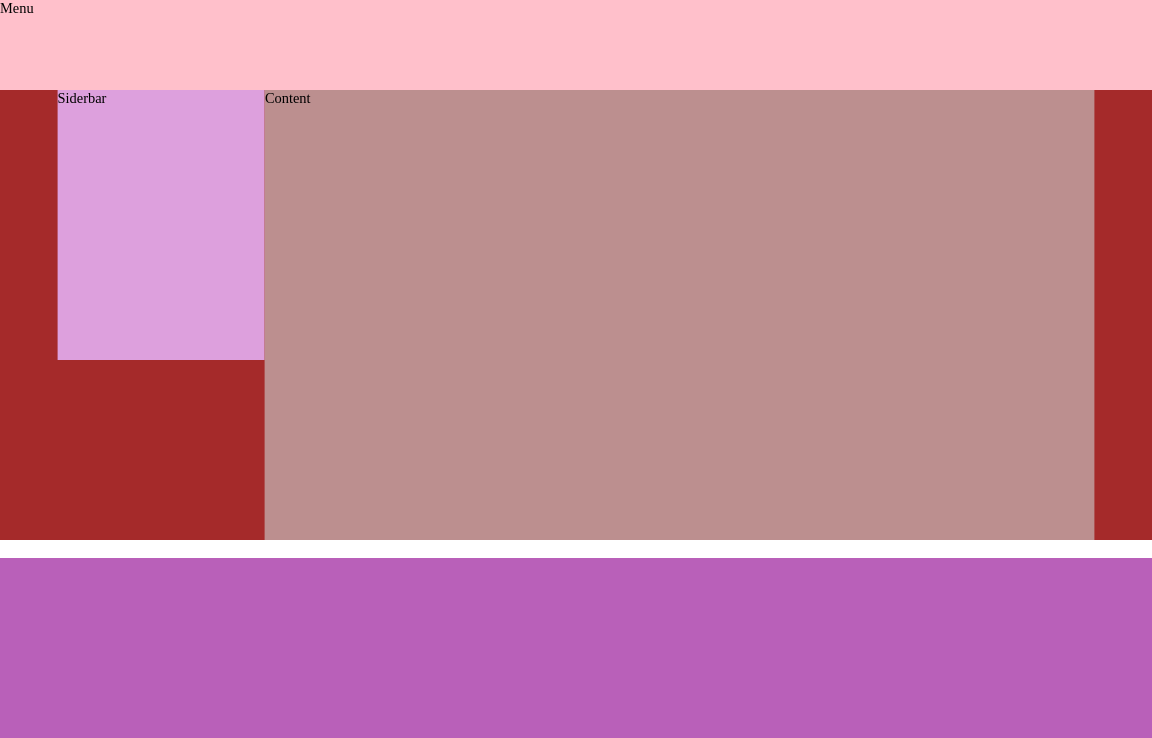
Repository: cvTuananh/Wed-famework
Page: Lab04/lab04/demo05.html
The author's editor kept a copy of each file at every save. The page is drawn from the files as they stood at one save, then again after a run of saves.
The browser window is 1280 px wide. The pictures show the whole page, at 90% of full size.

Above is the page before, as saved 2021-09-28 19:53:37.

### Lab04/lab04/demo05.html
<!DOCTYPE html>
<html lang="en">
<head>
    <meta charset="UTF-8">
    <meta http-equiv="X-UA-Compatible" content="IE=edge">
    <meta name="viewport" content="width=device-width, initial-scale=1.0">
    <title>layout2</title>
    <link rel="stylesheet" type="text/css" href="./css/demo05.css">
</head>
<body>
    <nav>Menu</nav>

    <div class="container">
        <section>
            <aside>Siderbar</aside>
            <article>Content</article>
        </section>
    </div>

    <footer>
        <div class="column"></div>
        <div class="column"></div>
        <div class="column"></div>
</footer>
</body>
</html>

### Lab04/lab04/css/demo05.css
*{
    padding: 0;
    margin: 0;
    box-sizing: border-box;
}
.container{
    overflow: hidden;
    background-color: brown;
}
section{
    width: 90%;
    margin: 0 auto;
}
nav{
    background-color: pink;
    height: 100px;
}
aside{
    background-color: plum;
    height: 300px;
    width: 20%;
    float: left;
}
article{
    background-color: rosybrown;
    height: 500px;
    width: 80%;
    float: left;
}

footer{
    background-color: rgb(185, 96, 185);
    height: 200px;
}
.column{
    width: 31%;
    margin: 20px 1.15%;

}

After the next 4 saves:
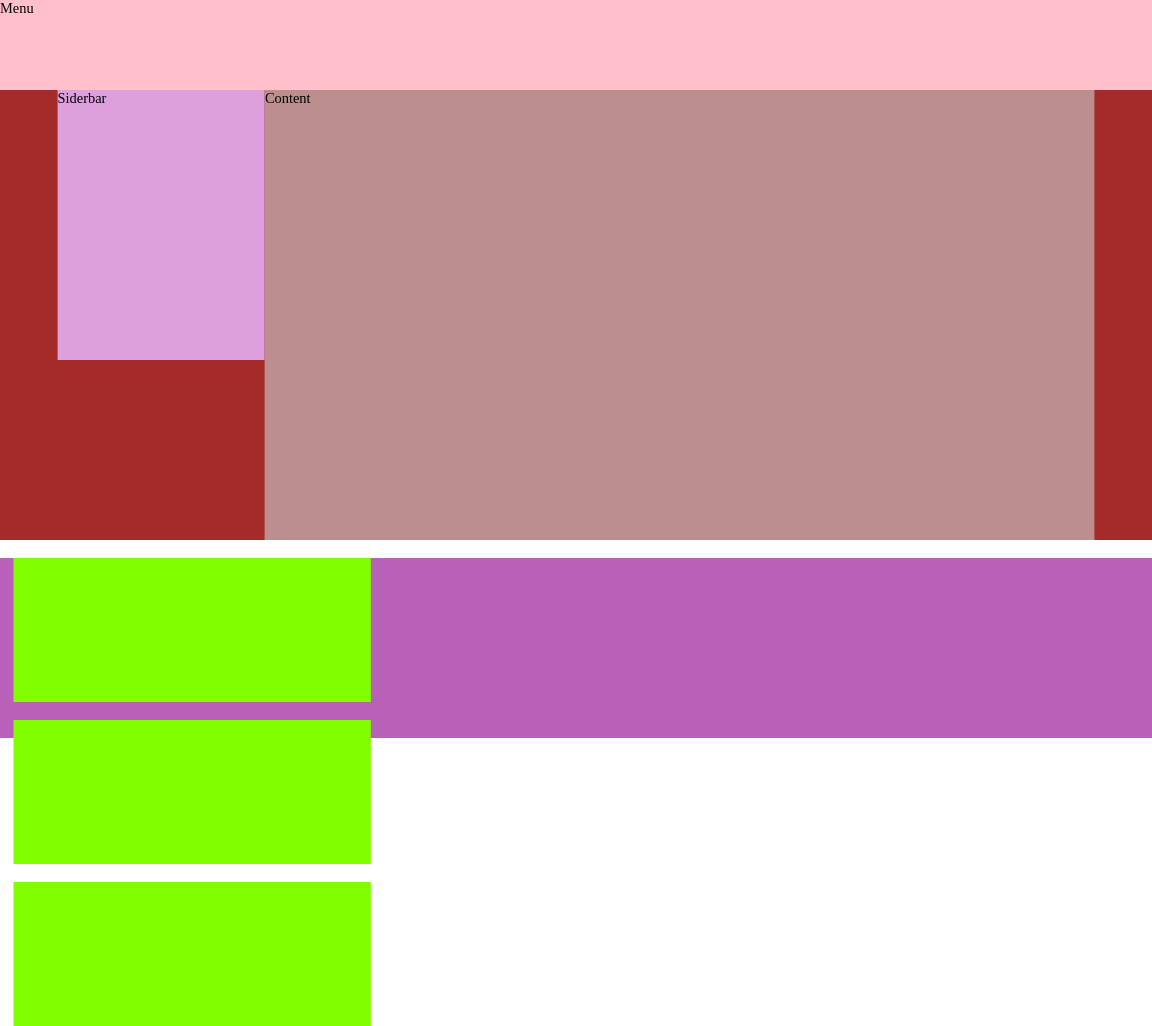
The 4 saves are shown as one change because they came seconds apart.
The last was saved 12 s later.
--- a/Lab04/lab04/css/demo05.css
+++ b/Lab04/lab04/css/demo05.css
@@ -35,5 +35,6 @@ footer{
 .column{
     width: 31%;
     margin: 20px 1.15%;
-
+    height: 160px;
+    background-color: chartreuse;
 }
